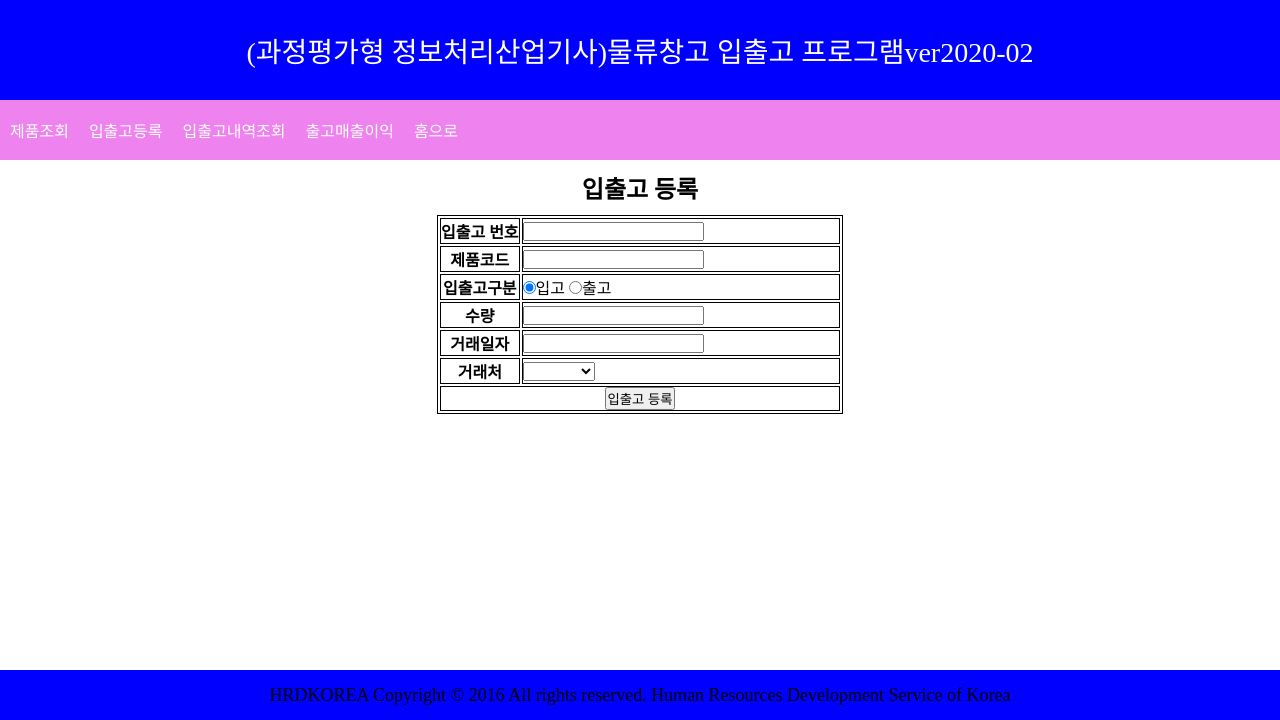
Repository: anakyn01/2_two
Page: http://localhost/cbq_1/two.jsp
The author's editor kept a copy of each file at every save. The page is drawn from the files as they stood at one save, then again after the next save.
The browser window is 1280 px wide. The pictures show the whole page.
The page is served by Tomcat 9. Other server files are loaded and not shown.

Above is the page before, as saved 2024-12-11 06:27:21.

### exam/cbq_1/src/main/webapp/two.jsp
<%@ page language="java" contentType="text/html; charset=UTF-8"
    pageEncoding="UTF-8"%>
<jsp:include page="include/header.jsp" flush="false" />

<h1>입출고 등록</h1>

<table>
<colgroup>
<col style="width:20%"/>
<col style="width:80%"/>
</colgroup>

<tr>
<th>입출고 번호</th><td><input type="text" name="t_no"/></td>
</tr>
<tr>
<th>제품코드</th><td><input type="text" name="p_code"/></td>
</tr>
<tr>
<th>입출고구분</th>
<td>
<input type="radio" name="t_type" value="입고" checked/>입고
<input type="radio" name="t_type" value="출고"/>출고
</td>
</tr>
<tr>
<th>수량</th><td><input type="text" name="t_cnt"/></td>
</tr>
<tr>
<th>거래일자</th><td><input type="text" name="t_date"/></td>
</tr>
<tr>
<th>거래처</th>
<td>
<select name="c_code">
<option value=""></option>
<option value="서울공장">서울공장</option>
</select>
</td>
</tr>
<tr>
<th colspan="2">
<input type="submit" value="입출고 등록"/>
</th>
</tr>

</table>

<jsp:include page="include/footer.jsp" flush="false" />

### exam/cbq_1/src/main/webapp/include/header.jsp
<%@ page language="java" contentType="text/html; charset=UTF-8"
    pageEncoding="UTF-8"%>
<!DOCTYPE html>
<html>
<head>
<meta charset="UTF-8">
<title>물류창고 입출고 프로그램</title>
<link rel="stylesheet" href="css/style.css"/>
</head>
<body>
<header>
(과정평가형 정보처리산업기사)물류창고 입출고 프로그램ver2020-02
</header>
<nav>
<ul class="nav">
<li><a href="one.jsp">제품조회</a></li>
<li><a href="two.jsp">입출고등록</a></li>
<li><a href="three.jsp">입출고내역조회</a></li>
<li><a href="four.jsp">출고매출이익</a></li>
<li><a href="/">홈으로</a></li>
</ul>
</nav>

### exam/cbq_1/src/main/webapp/include/footer.jsp
<%@ page language="java" contentType="text/html; charset=UTF-8"
    pageEncoding="UTF-8"%>
<footer>
HRDKOREA Copyright &copy; 2016 All rights reserved. Human Resources Development Service of Korea
</footer>
</body>
</html>

### exam/cbq_1/src/main/webapp/css/style.css
@charset "UTF-8";

html, html * {
margin:0; padding:0; box-sizing:border-box;
}
header{
width:100%; background-color:blue;
height:100px; color:white; font-size:28px;
display:flex; justify-content:center; align-items:center;
}
nav{
width:100%;	background-color:violet; height:60px; font-size:16px; height:60px;
}
.nav{
width:100%;	height:60px; display:flex; justify-content:flex-start; align-items:center;
}
ul,ol,li{list-style:none; }
.nav li a {
height:60px; display:flex; align-items:center; padding:0px 10px; color:white
}
a {text-decoration:none; }

h1{text-align:center; font-size:24px; margin:10px 0px;}

table{
border:1px solid;
}

table, tr, td, th {
border-collapse:separate;
margin:0 auto;
border:1px solid;
}

footer{
width:100%; background-color:blue;
height:50px; font-size:18px;
display:flex; justify-content:center; align-items:center;
position:fixed; z-index:2; right:0; bottom:0;
}

After the next save:
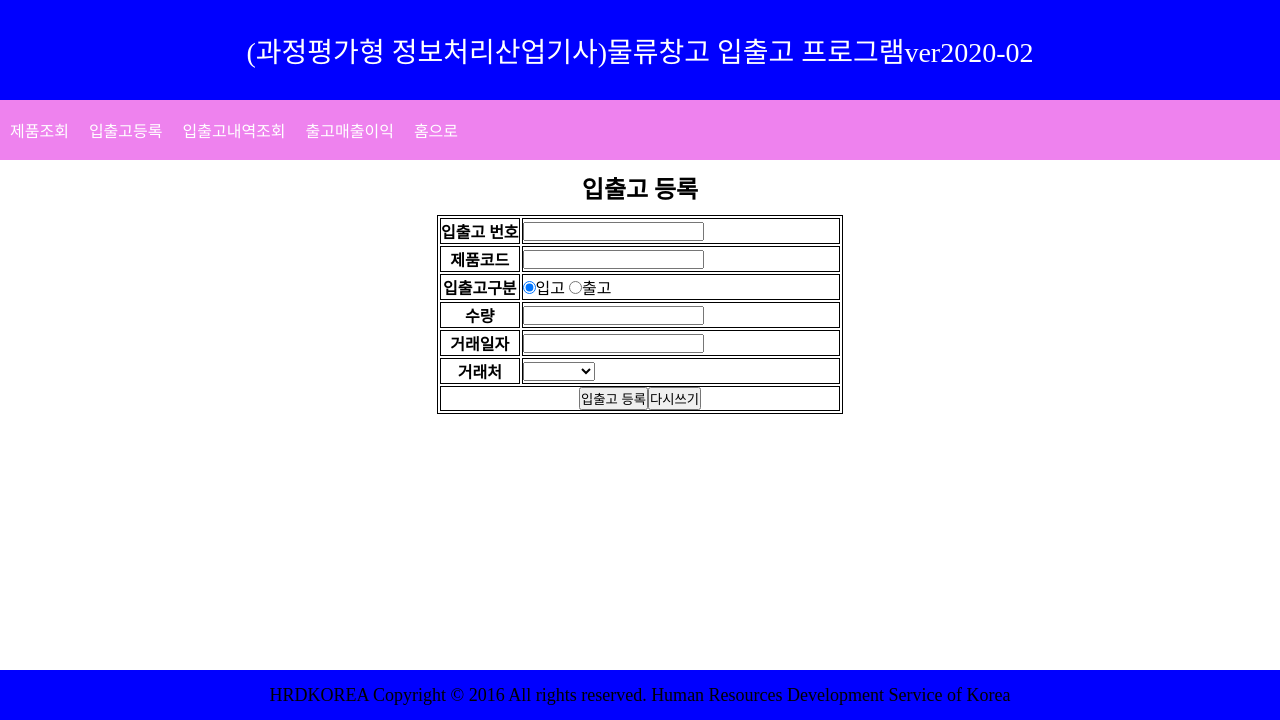
Saved 34 s later.
--- a/exam/cbq_1/src/main/webapp/two.jsp
+++ b/exam/cbq_1/src/main/webapp/two.jsp
@@ -40,7 +40,7 @@
 </tr>
 <tr>
 <th colspan="2">
-<input type="submit" value="입출고 등록"/>
+<input type="submit" value="입출고 등록"/><input type="reset" value="다시쓰기"/>
 </th>
 </tr>
 
